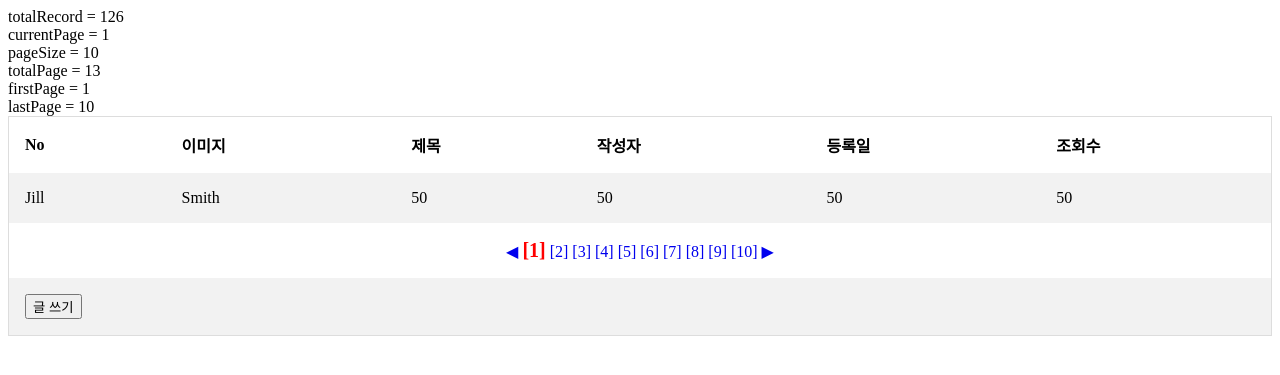
Repository: SyngyeonTak/javaee_workspace
Page: http://localhost/MySite/board/list.jsp
These files come from the project's save history. The page is drawn as it stood at one moment and after the next save; the edit follows.
The browser window is 1280 px wide. The pictures show the whole page.
The page is served by Tomcat 9.

Above is the page before, as saved 2020-12-11 07:59:22.

After the next save:
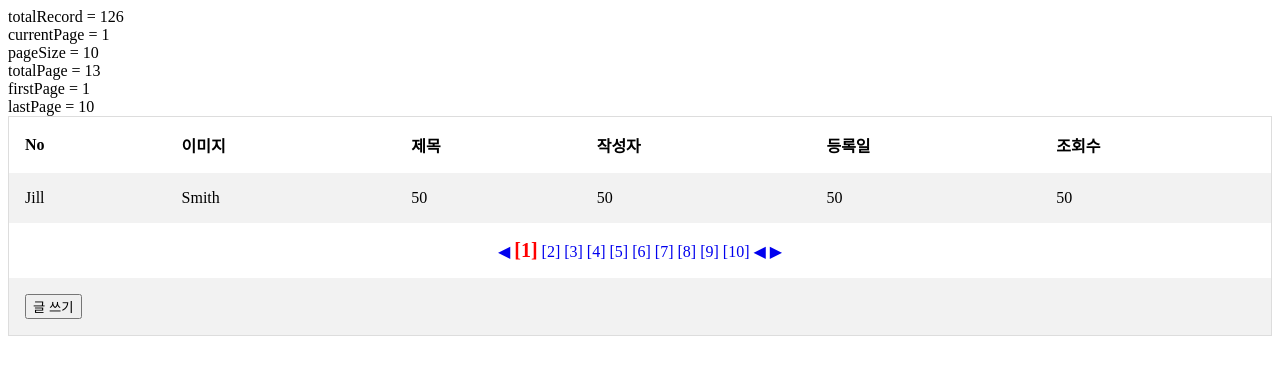
Saved 74 s later.
--- a/MySite/WebContent/board/list.jsp
+++ b/MySite/WebContent/board/list.jsp
@@ -79,12 +79,21 @@
 
 		<tr>
 			<td colspan="6" style = "text-align:center;">
-				<a href ="list.jsp?currentPage=<%=firstPage-1%>">◀</a>
+				<%if(firstPage > 1) {%>
+					<a href ="list.jsp?currentPage=<%=firstPage-1%>">◀</a>
+				<%}else{ %>
+					<a href ="javascript:alert('처음 페이지 입니다.')">◀</a>
+				<%} %>
 
 				<%for(int i=firstPage; i<=lastPage; i++){ %>
 					<a href = "list.jsp?currentPage=<%=i%>" <%if(i == currentPage){ %>class = "pageNum" <%} %>>[<%=i%>]</a>
 				<%} %>
 
+				<%if(lastPage < totalPage) {%>
+					<a href ="list.jsp?currentPage=<%=firstPage-1%>">◀</a>
+				<%}else{ %>
+					<a href ="javascript:alert('처음 페이지 입니다.')">◀</a>
+				<%} %>
 				<a href ="list.jsp?currentPage=<%=lastPage+1%>">▶</a>
 
 			</td>

After the save that followed:
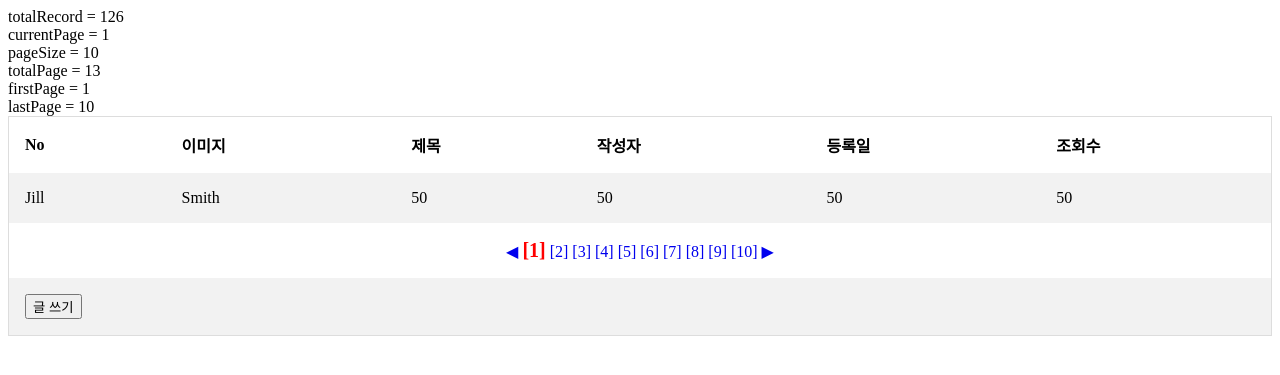
Saved 15 s later.
--- a/MySite/WebContent/board/list.jsp
+++ b/MySite/WebContent/board/list.jsp
@@ -90,11 +90,10 @@
 				<%} %>
 
 				<%if(lastPage < totalPage) {%>
-					<a href ="list.jsp?currentPage=<%=firstPage-1%>">◀</a>
+					<a href ="list.jsp?currentPage=<%=lastPage+1%>">▶</a>
 				<%}else{ %>
-					<a href ="javascript:alert('처음 페이지 입니다.')">◀</a>
+					<a href ="javascript:alert('마지막 페이지 입니다.')">▶</a>
 				<%} %>
-				<a href ="list.jsp?currentPage=<%=lastPage+1%>">▶</a>
 
 			</td>
 		</tr>
